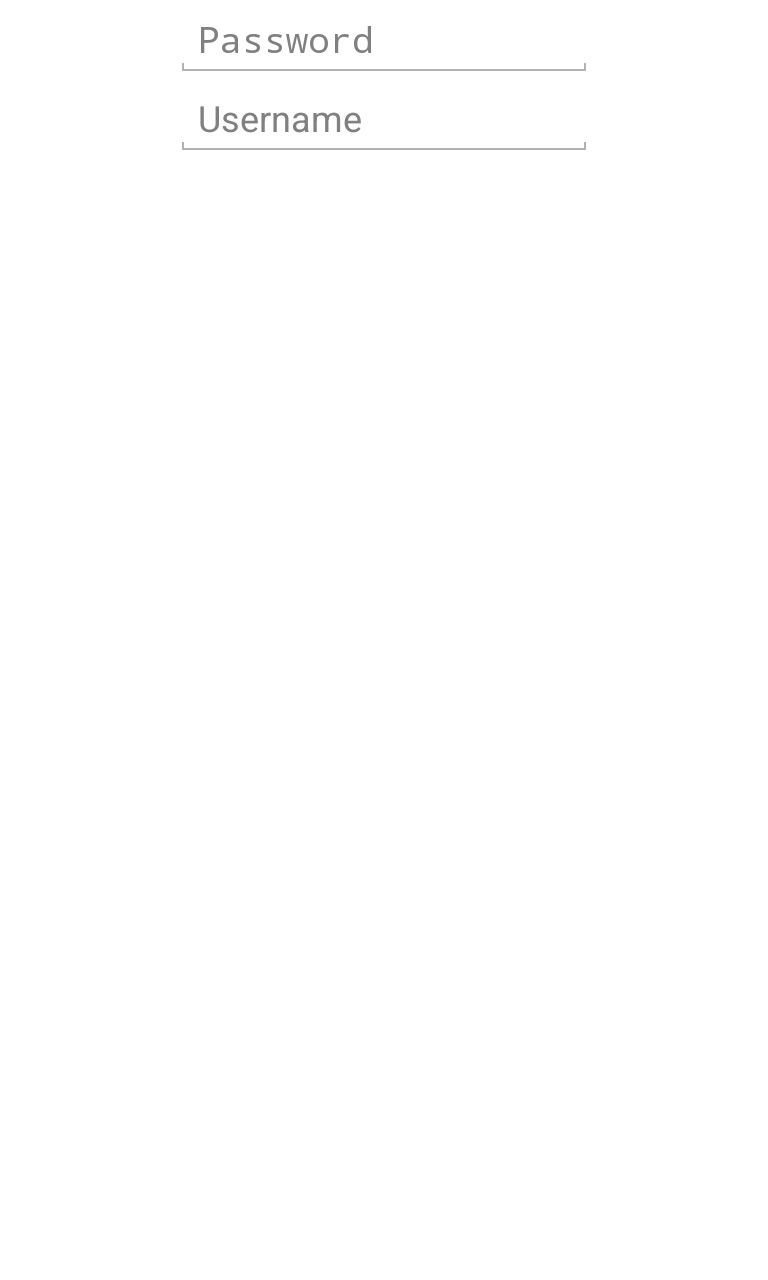
Repository: rizkivmaster/bukalapak
Layout: BukaLapakLogin/res/layout/activity_main.xml
An editor plug-in stored every save of this project. The layout is shown before and after the next save, followed by the edit.
It is drawn on a 768 x 1280 px phone screen (xhdpi) without system bars, with theme AppTheme; the app's code is not run.

Above is the layout before, as saved 2013-06-19 03:31:13.

After the next save:
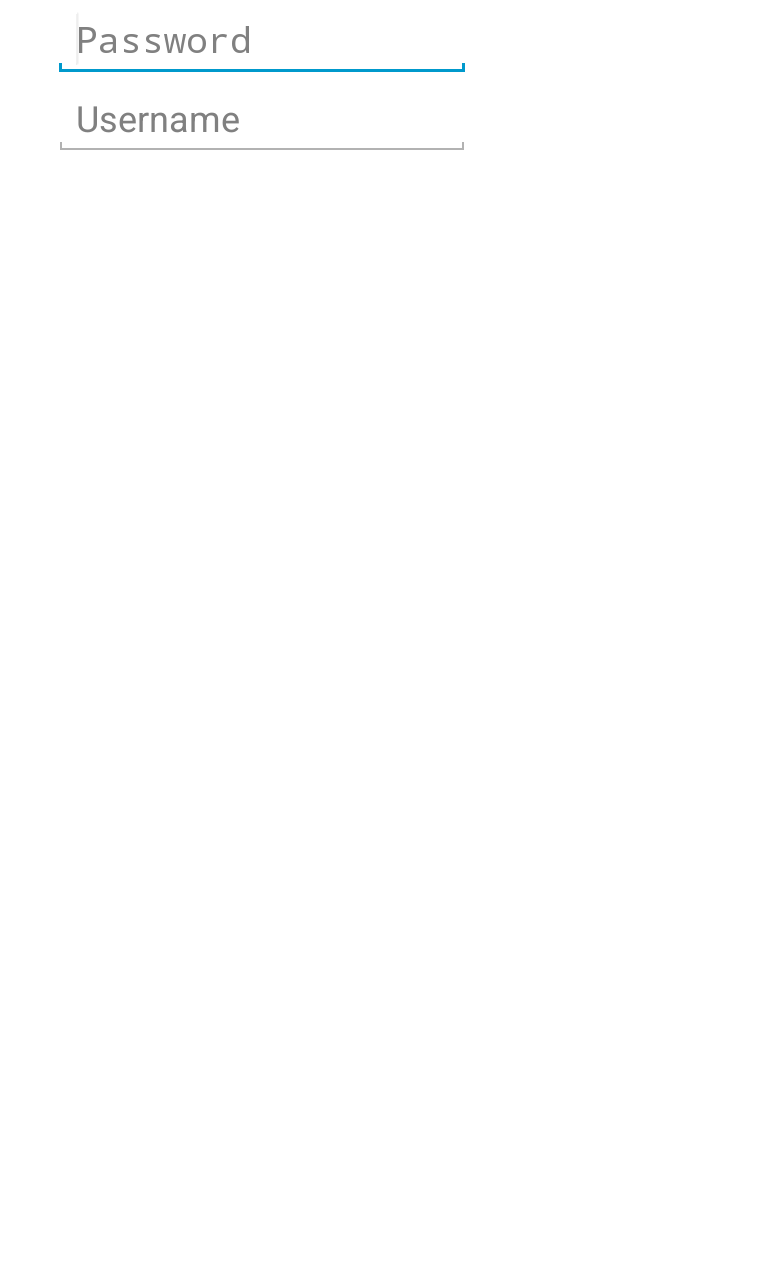
Saved 17 s later.
--- a/BukaLapakLogin/res/layout/activity_main.xml
+++ b/BukaLapakLogin/res/layout/activity_main.xml
@@ -5,24 +5,31 @@
 
     tools:context=".MainActivity" >
 
-
-
-    <EditText
-        android:id="@+id/editText2"
+    <LinearLayout
         android:layout_width="wrap_content"
         android:layout_height="wrap_content"
-        android:layout_alignLeft="@+id/editText1"
+        android:layout_alignParentLeft="true"
         android:layout_alignParentTop="true"
-        android:ems="10"
-        android:inputType="textPassword"
-        android:hint="Password" />
-    <EditText
-        android:id="@+id/editText1"
-        android:layout_width="wrap_content"
-        android:layout_height="wrap_content"
-        android:layout_below="@+id/editText2"
-        android:layout_centerHorizontal="true"
-        android:hint="Username"
-        android:ems="10" />
+        android:layout_marginLeft="26dp"
+        android:orientation="vertical" >
+
+        <EditText
+            android:id="@+id/editText2"
+            android:layout_width="wrap_content"
+            android:layout_height="wrap_content"
+            android:ems="10"
+            android:hint="Password"
+            android:inputType="textPassword" >
+
+            <requestFocus />
+        </EditText>
+
+        <EditText
+            android:id="@+id/editText1"
+            android:layout_width="wrap_content"
+            android:layout_height="wrap_content"
+            android:ems="10"
+            android:hint="Username" />
+    </LinearLayout>
 
 </RelativeLayout>
